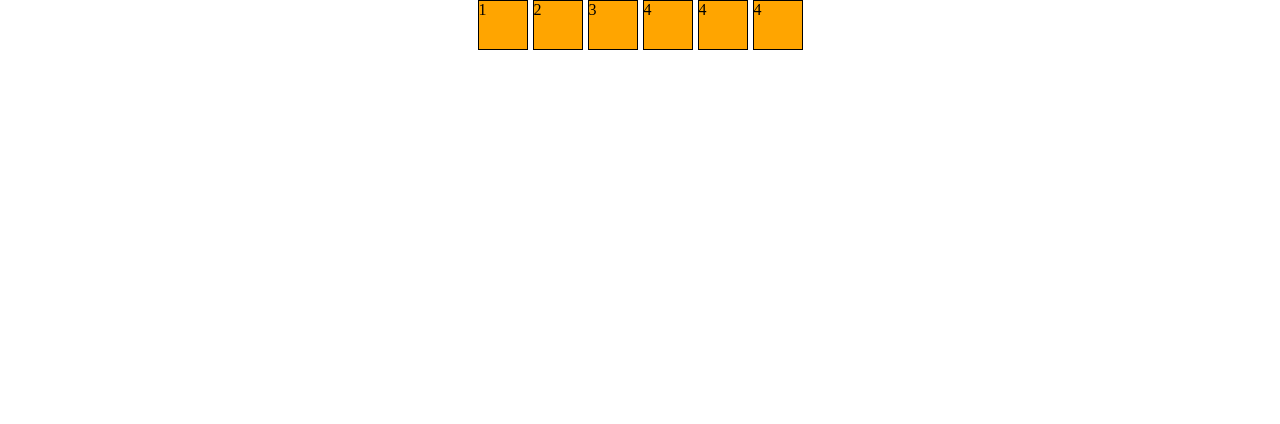
Repository: wisdomphamdev/flex-box
Page: index.html
The author's editor kept a copy of each file at every save. The page is drawn from the files as they stood at one save, then again after a run of saves.
The browser window is 1280 px wide. The pictures show the whole page.

Above is the page before, as saved 2024-06-10 21:20:28.

### index.html
<!DOCTYPE html>
<html lang="en">
<head>
    <meta charset="UTF-8">
    <meta name="viewport" content="width=device-width, initial-scale=1.0">
    <title>Document</title>
    <link rel="stylesheet" href="style.css">
</head>
<body>
    <div class="container">
        <div class="item">1</div>
        <div class="item">2</div>
        <div class="item">3</div>
        <div class="item">4</div>
        <div class="item">4</div>
        <div class="item">4</div>



    </div>
</body>
</html>

### style.css
* {
  padding: 0;
  margin: 0;
  box-sizing: border-box;
}

.item {
  height: 50px;
  width: 50px;
  border: 1px solid #000;
  background: orange;
}

.container {
  height: 100vh;
  display: flex;
  /* flex-direction: column; */
  /* flex-direction: row; */
  /* flex-direction: column-reverse;*/
  /* flex-direction: row-reverse; */
  /* flex-wrap:nowrap ; */
  /* flex-wrap:wrap ; */
  /* flex-wrap: wrap-reverse; */
  justify-content:center;
  /* justify-content:flex-end ; */
  /* justify-content:flex-start ; */
  /* justify-content:space-between ; */
  /* justify-content:space-around ; */
  /* justify-content: space-evenly; */
  /* align-items: start; */
  /* align-items: center; */
  align-items: stretch;
  /* align-items: end; */

    gap: 5px;
}

After the next 2 saves:
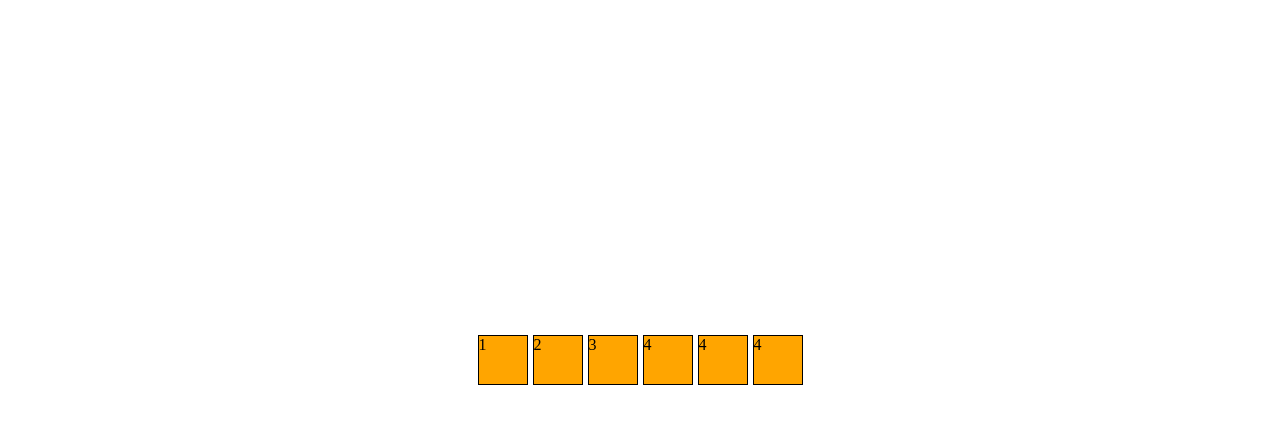
The 2 saves are shown as one change because they came seconds apart.
The last was saved 24 s later.
--- a/style.css
+++ b/style.css
@@ -28,8 +28,8 @@
   /* justify-content:space-around ; */
   /* justify-content: space-evenly; */
   /* align-items: start; */
-  /* align-items: center; */
-  align-items: stretch;
+  align-items: center;
+  /* align-items: stretch; */
   /* align-items: end; */
 
     gap: 5px;

After the save that followed:
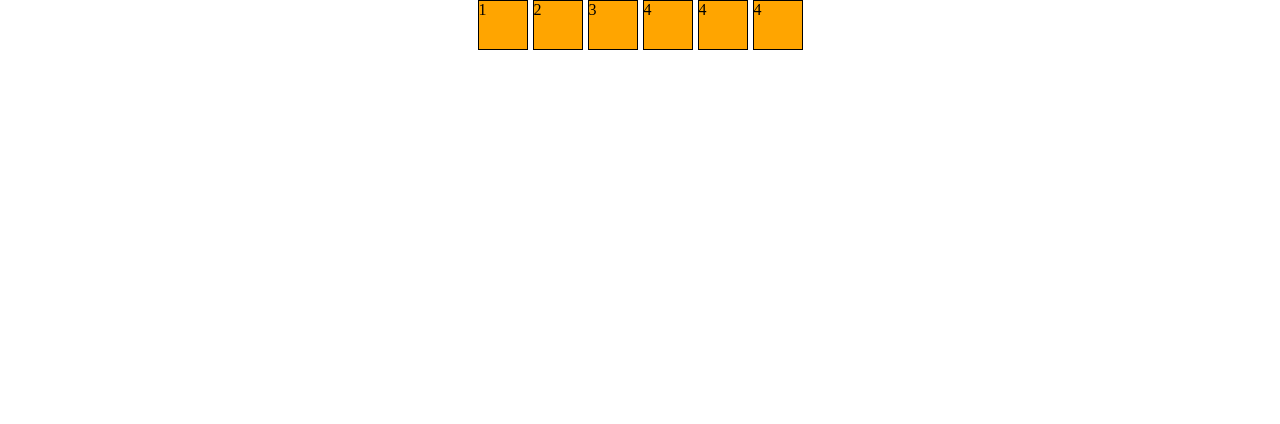
Saved 6 s later.
--- a/style.css
+++ b/style.css
@@ -12,7 +12,7 @@
 }
 
 .container {
-  height: 100vh;
+  height: 10;
   display: flex;
   /* flex-direction: column; */
   /* flex-direction: row; */
